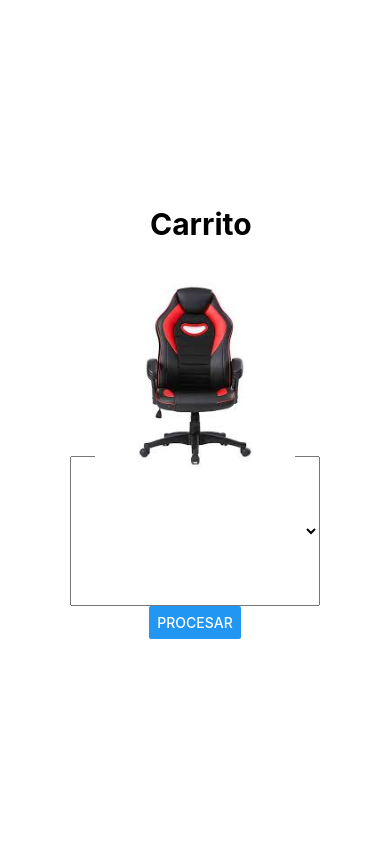
Repository: oscaredu1998/compras
Screen: / (app in frontend/)
The author's editor kept a copy of each file at every save. The screen is drawn from the files as they stood at one save, then again after a run of saves.
The app was drawn by React Native's web renderer in a window 390 px wide. The project was rebuilt for these pictures with package versions that can differ from the ones it lists, and the page was loaded fresh each time.

Above is the screen before, as saved 2020-02-21 18:20:14.

After the next 2 saves:
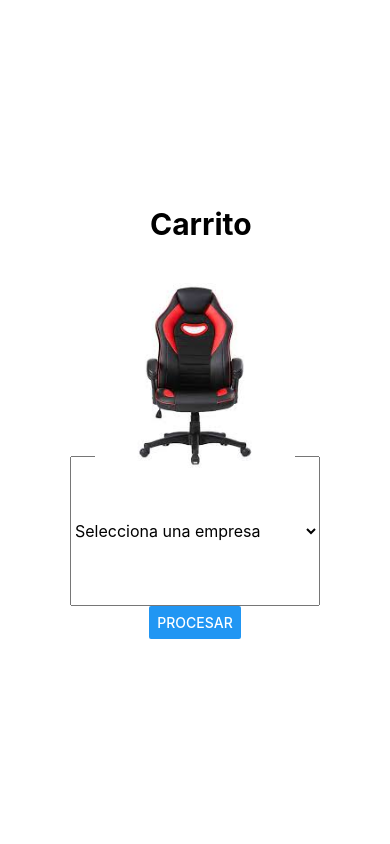
The 2 saves are shown as one change because they came seconds apart.
The last was saved 37 s later.
--- a/frontend/App.js
+++ b/frontend/App.js
@@ -34,7 +34,7 @@ export default class App extends Component {
             source={require('./assets/images.jpg')}
           />
         <Picker style={{ height: 150, width: 250 }} onValueChange={this.handleSelect}>
-          <Picker.Item label="" value="" />
+          <Picker.Item label="Selecciona una empresa" value="" />
           <Picker.Item label="Fedex" value="fedex" />
           <Picker.Item label="Correo del Ecuador" value="correos-ecuador" />
           <Picker.Item label="Servientrega" value="servientrega" />
